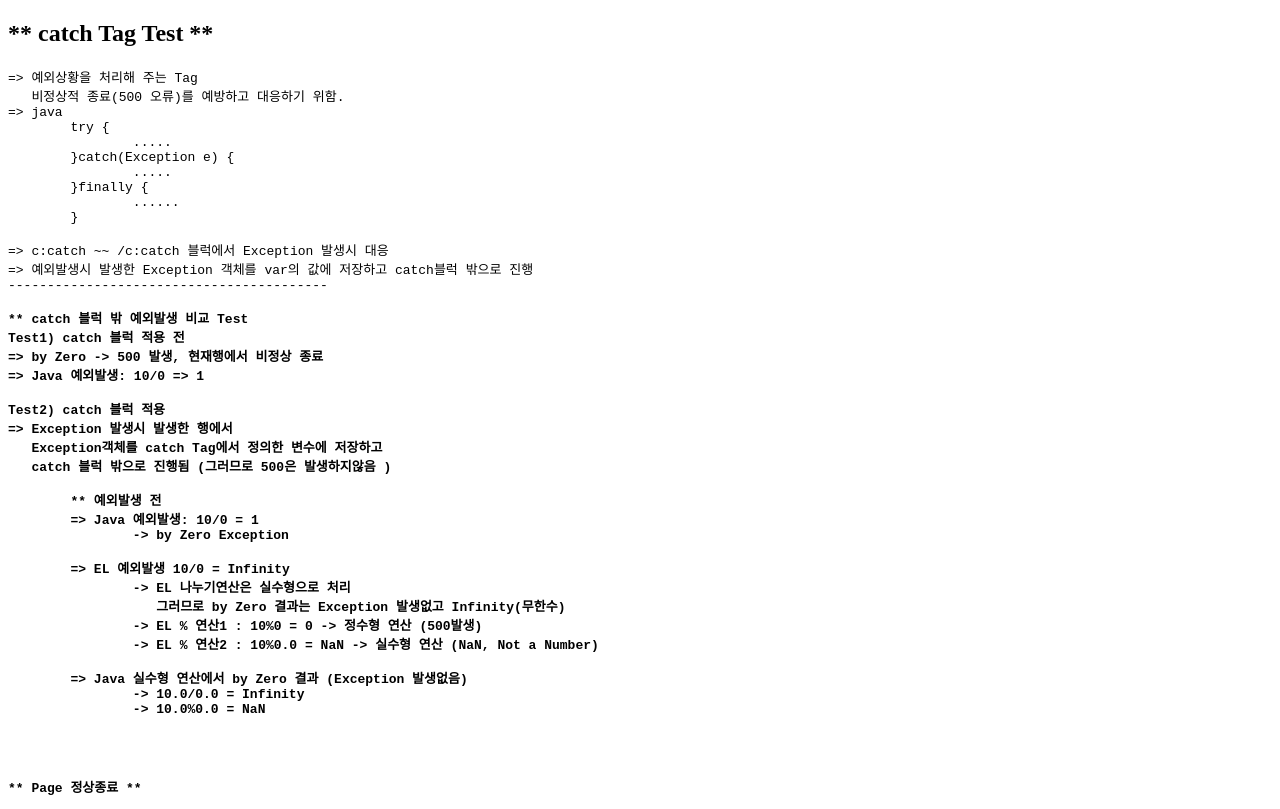
Repository: JYH94/JAVA
Page: http://localhost/web01/jsp03_jstl/ex05_catch.jsp
The author's editor kept a copy of each file at every save. The page is drawn from the files as they stood at one save, then again after the next save.
The browser window is 1280 px wide. The pictures show the whole page.
The page is served by Tomcat 9. Other server files are loaded and not shown.

Above is the page before, as saved 2024-01-17 07:40:00.

### web01/src/main/webapp/jsp03_jstl/ex05_catch.jsp
<%@ page language="java" contentType="text/html; charset=UTF-8"
    pageEncoding="UTF-8"%>
<%@ taglib uri="http://java.sun.com/jsp/jstl/core" prefix="c" %>
<!DOCTYPE html>
<html>
<head>
<meta charset="UTF-8">
<title>** catch Tag Test **</title>
</head>
<body>
<h2>** catch Tag Test **</h2>
<pre>
=> 예외상황을 처리해 주는 Tag
   비정상적 종료(500 오류)를 예방하고 대응하기 위함.
=> java
	try {
		.....
	}catch(Exception e) {
		.....
	}finally {
		......
	}

=> c:catch ~~ /c:catch 블럭에서 Exception 발생시 대응
=> 예외발생시 발생한 Exception 객체를 var의 값에 저장하고 catch블럭 밖으로 진행
-----------------------------------------
<b>
** catch 블럭 밖 예외발생 비교 Test
Test1) catch 블럭 적용 전
=> by Zero -> 500 발생, 현재행에서 비정상 종료
=> Java 예외발생: 10/0 => <%=10/10%>

Test2) catch 블럭 적용
=> Exception 발생시 발생한 행에서
   Exception객체를 catch Tag에서 정의한 변수에 저장하고
   catch 블럭 밖으로 진행됨 (그러므로 500은 발생하지않음 )
<c:catch var="e">
	** 예외발생 전
	=> Java 예외발생: 10/0 = <%=10/10%>
		-> by Zero Exception

	=> EL 예외발생 10/0 = ${10/0}
		-> EL 나누기연산은 실수형으로 처리
		   그러므로 by Zero 결과는 Exception 발생없고 Infinity(무한수)
		-> EL % 연산1 : 10%0 = ${10%10} -> 정수형 연산 (500발생)
		-> EL % 연산2 : 10%0.0 = ${10%0.0} -> 실수형 연산 (NaN, Not a Number)

	=> Java 실수형 연산에서 by Zero 결과 (Exception 발생없음)
		-> 10.0/0.0 = <%=10.0/0.0%>
		-> 10.0%0.0 = <%=10.0%0.0%>
</c:catch>
<!--
catch Tag 에 정의된 변수를 이용해서 오류를 확인할수있게해줌
=> null 이면 정상임을 의미
   아니면 오류발생을 의미 -->
<c:if test="${e!=null}">
	=> 연산 오류 발생: ${e}
</c:if>

** Page 정상종료 **
</b></pre>

</body>
</html>

After the next save:
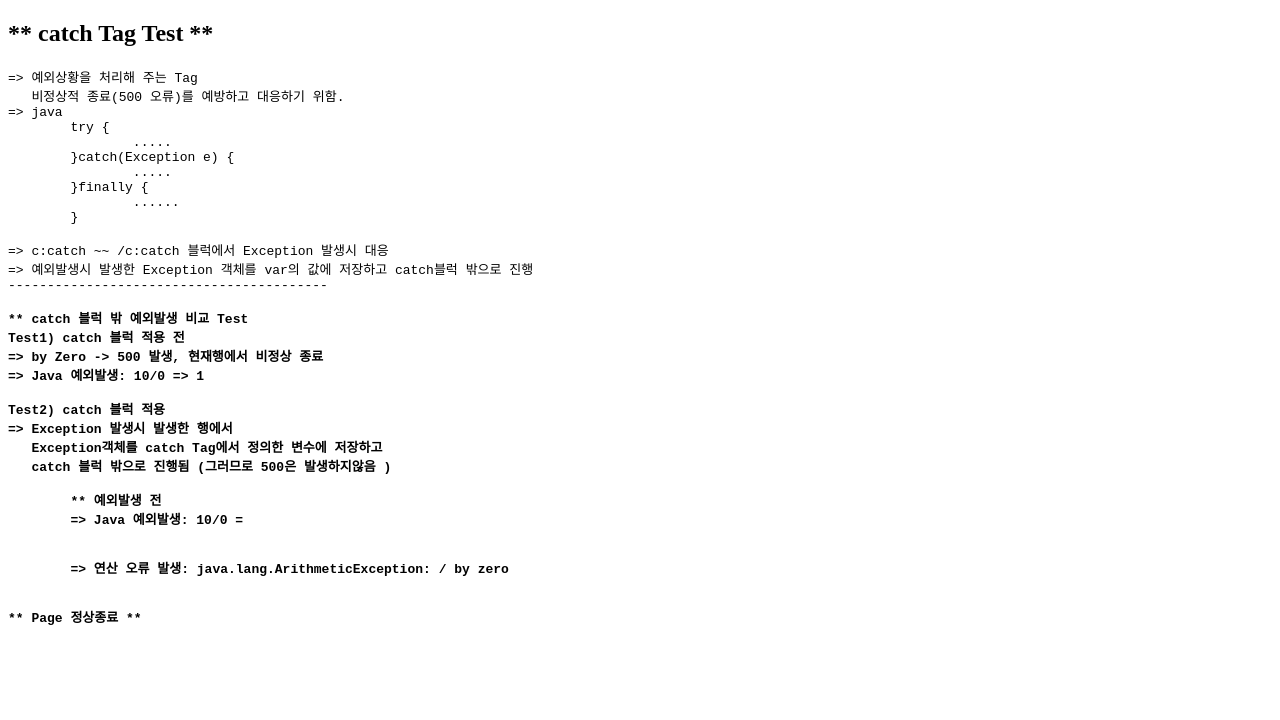
Saved 8 s later.
--- a/web01/src/main/webapp/jsp03_jstl/ex05_catch.jsp
+++ b/web01/src/main/webapp/jsp03_jstl/ex05_catch.jsp
@@ -36,7 +36,7 @@ Test2) catch 블럭 적용
    catch 블럭 밖으로 진행됨 (그러므로 500은 발생하지않음 )
 <c:catch var="e">
 	** 예외발생 전
-	=> Java 예외발생: 10/0 = <%=10/10%>
+	=> Java 예외발생: 10/0 = <%=10/0%>
 		-> by Zero Exception
 
 	=> EL 예외발생 10/0 = ${10/0}
